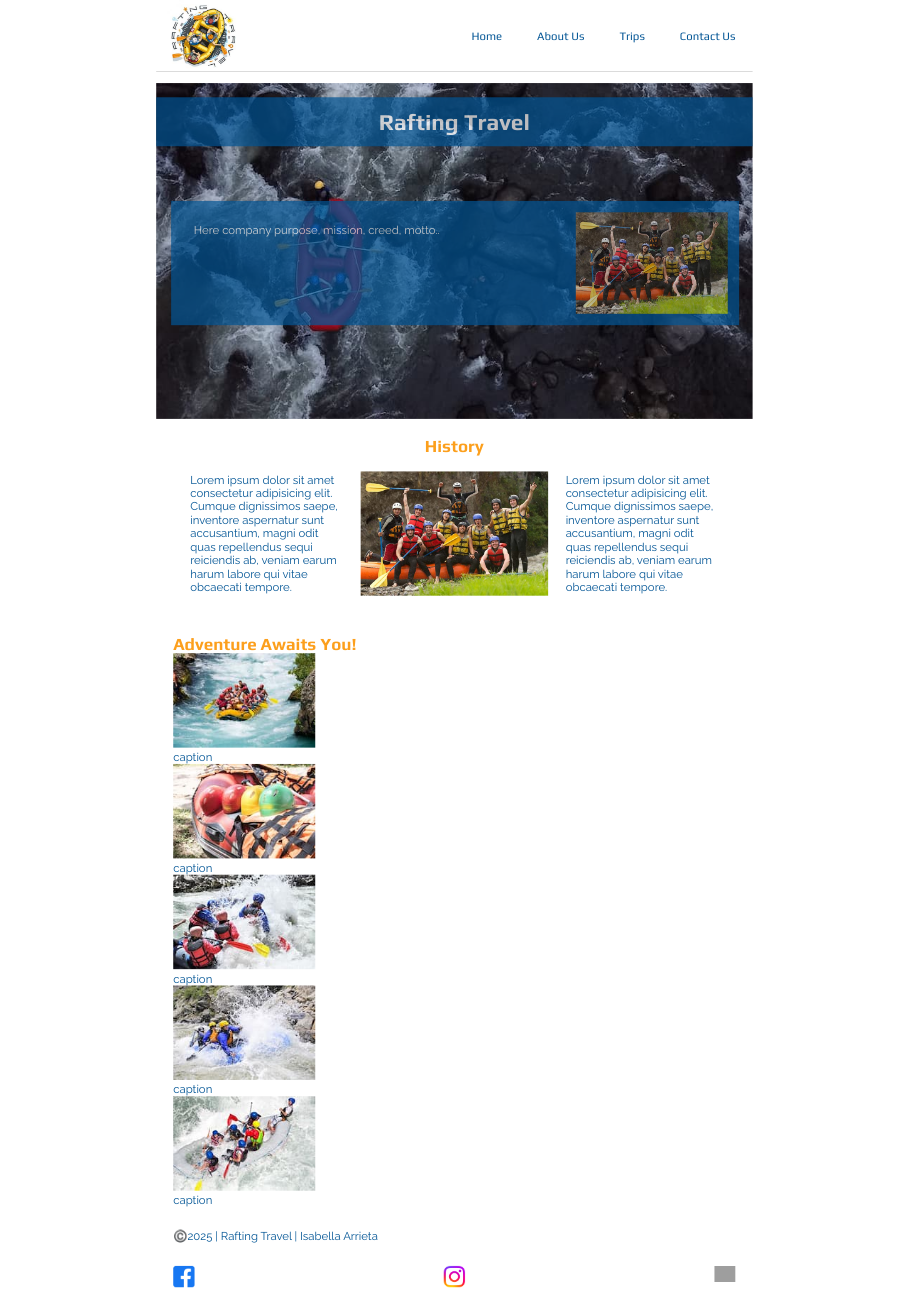
Repository: isaAJ05/wdd130
Page: wwr/about.html
The author's editor kept a copy of each file at every save. The page is drawn from the files as they stood at one save, then again after a run of saves.
The browser window is 1280 px wide. The pictures show the whole page, at 71% of full size.
Pictures or frames that could not be fetched are drawn as grey boxes.

Above is the page before, as saved 2025-06-06 23:06:21.

### wwr/about.html
<!DOCTYPE html>
<html lang="en">
<head>
    <meta charset="UTF-8">
    <meta name="viewport" content="width=device-width, initial-scale=1.0">
    <title>About Us-Rafting Travel</title>
    <meta name="description" content="Information about the company: Rafting Travel">
    <meta name="author" content="Isabella Arrieta">
    <link rel="stylesheet" href="styles/rafting.css">
    <link rel="preconnect" href="https://fonts.googleapis.com">
    <link rel="preconnect" href="https://fonts.gstatic.com" crossorigin>
    <link href="https://fonts.googleapis.com/css2?family=Play:wght@400;700&family=Raleway:ital,wght@0,100..900;1,100..900&display=swap" rel="stylesheet">
</head>
<body>
    <header>
        <img src ="images/z-raftingcompas.jpg" alt="Rafting Company Logo">
    <nav>
        <a href="index.html">Home</a>
        <a href="about.html">About Us</a>
        <a href="trips.html">Trips</a>
        <a href="contact.html">Contact Us</a>
    </nav>
    </header>
    <main>
        <div class="herodiv">
            <img src="images/rafting16_1024.jpg" alt="Rafting">
            <h1>Rafting Travel</h1>
            <article>
                <img src="images/rafting59_600.jpg" alt="Happy Client">
                <p>Here company purpose, mission, creed, motto..</p>
            </article>
        </div>
        <section class="History">
            <h2>History</h2>
            <p>Lorem ipsum dolor sit amet consectetur adipisicing elit. Cumque dignissimos saepe, inventore aspernatur sunt accusantium, magni odit quas repellendus sequi reiciendis ab, veniam earum harum labore qui vitae obcaecati tempore.</p>
            <img src="images/rafting59_600.jpg" alt="Happy Client">
            <p>Lorem ipsum dolor sit amet consectetur adipisicing elit. Cumque dignissimos saepe, inventore aspernatur sunt accusantium, magni odit quas repellendus sequi reiciendis ab, veniam earum harum labore qui vitae obcaecati tempore.</p>
        </section>
        <section class="Adventure">
            <h2>Adventure Awaits You!</h2>
            <figure>
                <img src="images/5.jpg" alt="">
                <figcaption>caption</figcaption>
            </figure>
            <figure>
                <img src="images/2.jpg" alt="">
                <figcaption>caption</figcaption>
            </figure>
            <figure>
                <img src="images/3.jpg" alt="">
                <figcaption>caption</figcaption>
            </figure>
            <figure>
                <img src="images/4.jpg" alt="">
                <figcaption>caption</figcaption>
            </figure>
            <figure>
                <img src="images/1.jpg" alt="">
                <figcaption>caption</figcaption>
            </figure>
        </section>
    </main>
    <footer>
        <p>©️2025 | Rafting Travel | Isabella Arrieta</p>
        <nav class="socialmedia">
            <a href="https://www.facebook.com/">
                <img src="images/facebook.webp" alt="Facebook" width="30">
            </a>
            <a href="https://www.instagram.com/">
                <img src="images/instagram.webp" alt="Instagram" width="30">
            </a>
            <a href="https://x.com/home">
                <img src="images/x.webp" alt="X" width="30">
            </a>

        </nav>
    </footer>
</body>
</html>

### wwr/styles/rafting.css
:root {
    --primary-color: #FC9F1C;
    --secondary-color: #FFE77C;
    --accent1-color: #025595;
    --accent2-color: #A6DEF6;
    --heading-font: "Play", sans-serif;
    --body-font: "Raleway", sans-serif;
}

header {
    margin: 1rem auto;
    background-color: #fff;
    color: var(--secondary-color);
    display: grid;
	grid-template-columns: 1fr 1fr;
    align-items: center;
    border-bottom: 1px solid #ccc;

}
header img {
    width: 100px;
    height: auto;
    margin-left: 16px;
}
*{
    margin: 0;
    padding: 0;
    box-sizing: border-box;
}
body {
    font-family: var(--body-font);
    color: var(--accent1-color);
}
 header, main, footer {
    width: 840px;
    margin: 0 auto;
}
h1, h2{
    font-family: var(--heading-font);
    color: var(--primary-color);
}
p, section, article{
    margin: 16px;
    padding: 8px;
}
.History {
    display: grid;
	grid-template-columns: 1fr 1fr 1fr;
    align-items: center;
    grid-gap: 1px;
}
.History h2{
    grid-column: 1/4;
    text-align: center;

}
.History img{
    width: 100%;
    height: auto;
}

nav {
    margin: 16px;
    padding: 8px;
    display: flex;
    justify-content: space-between;
	flex: 1 1 auto;

}
nav a {
    text-decoration: none;
    font-family: var(--heading-font);
    color: var(--accent1-color);
}
nav a:hover {
    color: var(--primary-color);
    text-decoration: underline;
}

.socialmedia a{
    text-decoration: none;
}

.herodiv{
    position: relative;
    margin: 1em auto;
}

.herodiv img{
    display: block;
    width: 100%;
    height: auto;
}

h1{
    position: absolute;
    top: 20px;
    width: 100%;
    padding: 16px;
    text-align: center;
    opacity: 0.7;
    background-color: var(--accent1-color);
    color: #ffffff;

}

.herodiv article{
    position: absolute;
    top: 150px;
    left: 5px;
    width: 800px;
    opacity: 0.7;
    background-color: var(--accent1-color);
    color: #ffffff;
}
.herodiv article img{
    float: right;
    width: 230px;
    padding: 8px;
}

After the next 3 saves:
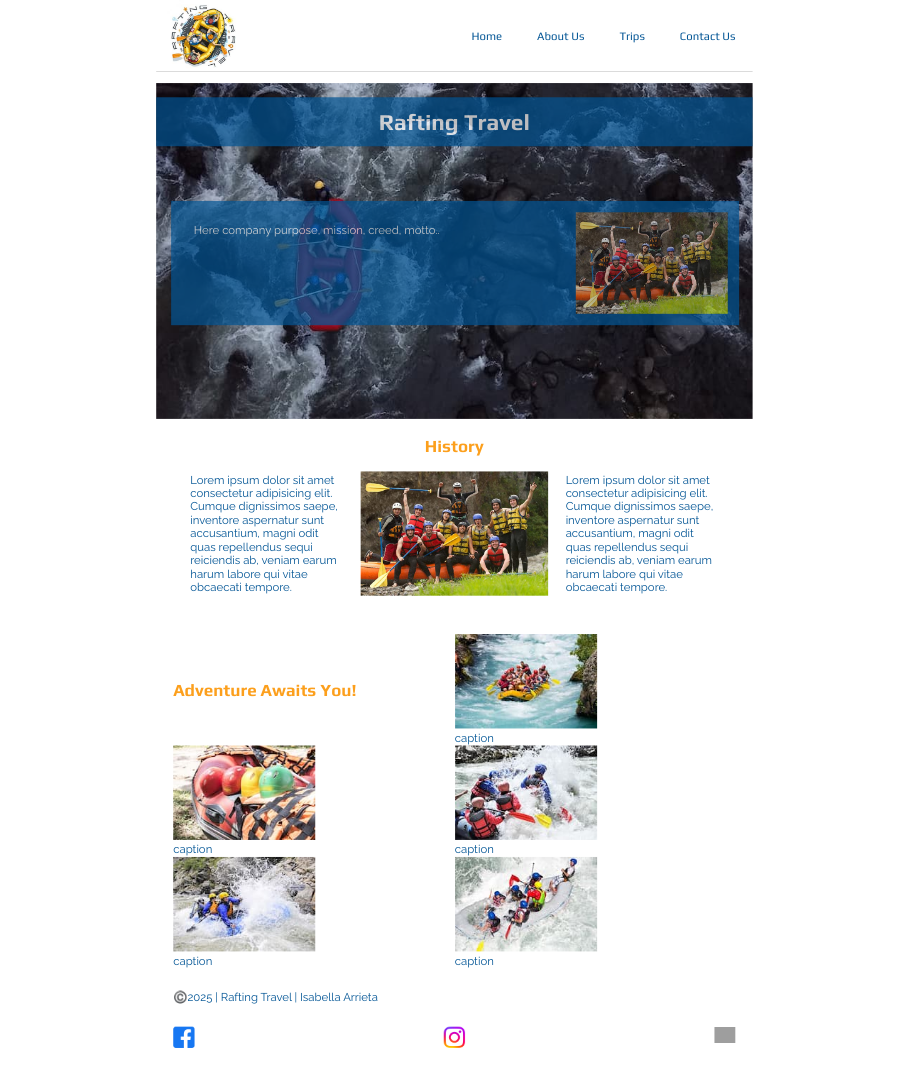
The 3 saves are shown as one change because they came seconds apart.
The last was saved 11 s later.
--- a/wwr/styles/rafting.css
+++ b/wwr/styles/rafting.css
@@ -58,7 +58,12 @@ p, section, article{
     width: 100%;
     height: auto;
 }
-
+.Adventure {
+    display: grid;
+    grid-template-columns: 1fr 1fr;
+    align-items: center;
+    grid-gap: 1px;
+}
 nav {
     margin: 16px;
     padding: 8px;
